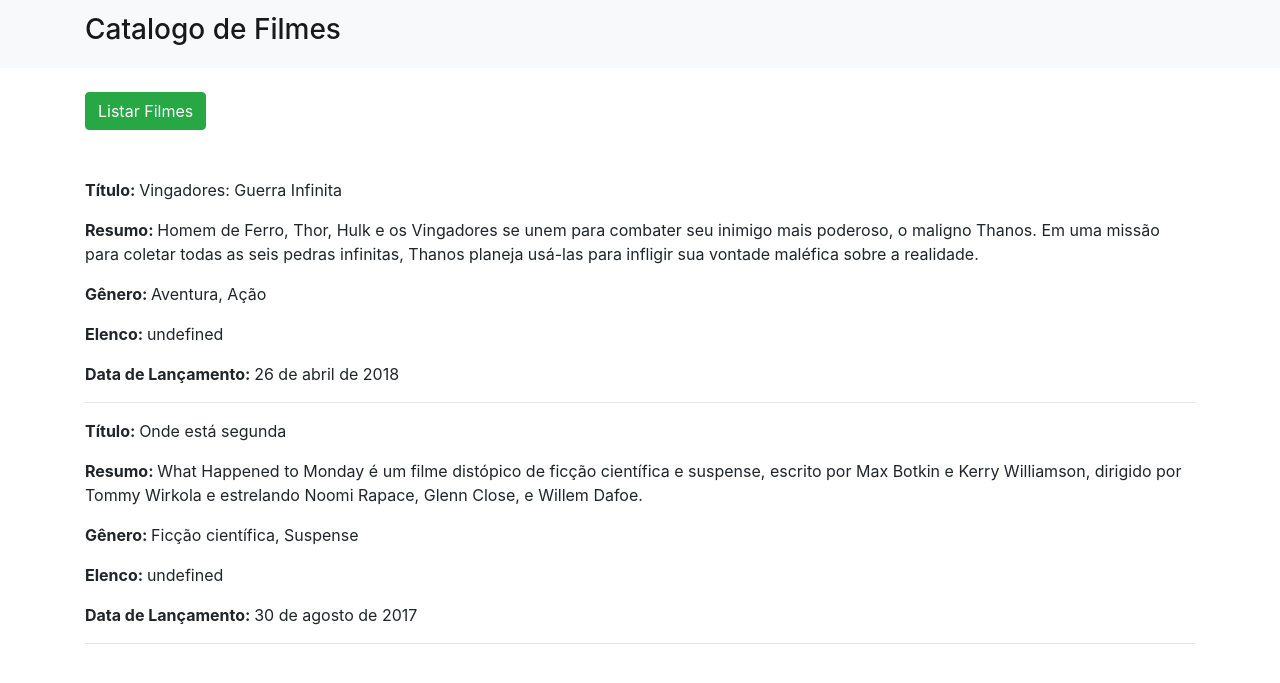
Repository: FredeRibeiro/htdocs-Desenvolvimento-Web-Completo-2019
Page: ajax/filmes.html
An editor plug-in stored every save of this project. The page is shown before and after the next save, followed by the edit.
The browser window is 1280 px wide. The pictures show the whole page.
After loading, the first visible `button.btn` was clicked once.

Above is the page before, as saved 2019-10-16 14:24:33.

After the next save:
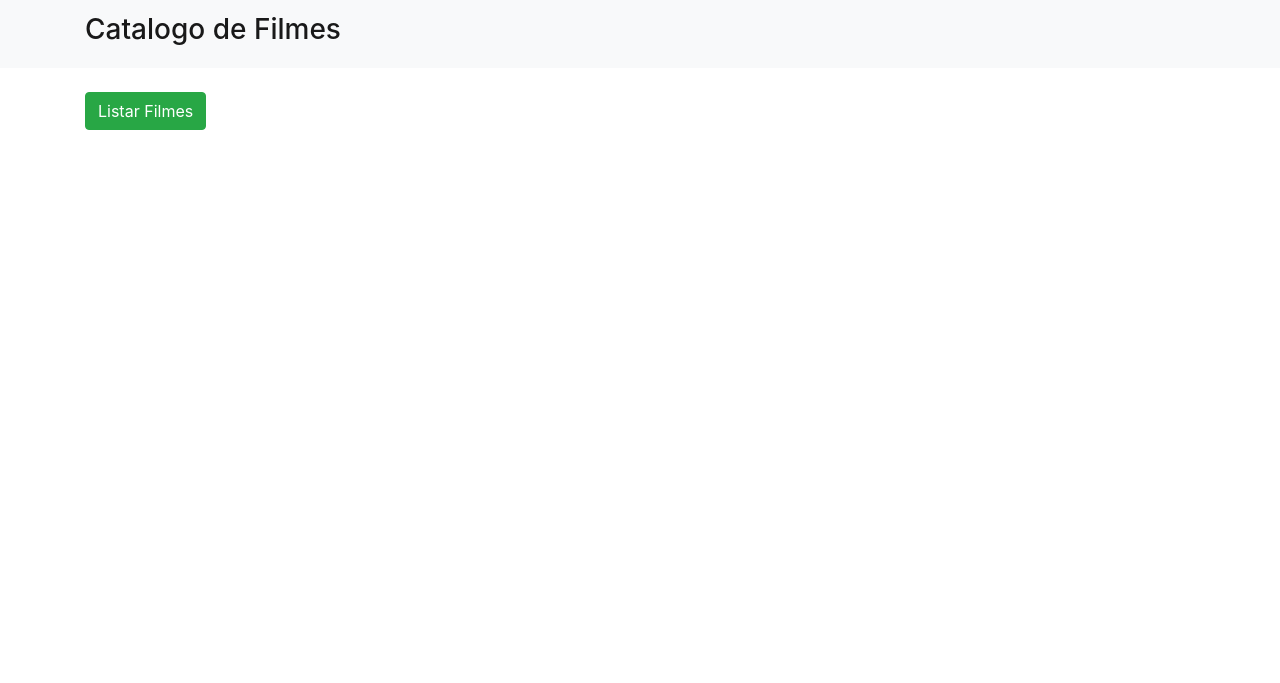
Console error: TypeError: Cannot read properties of undefined (reading '#text')
Saved 106 s later.
--- a/ajax/filmes.html
+++ b/ajax/filmes.html
@@ -55,8 +55,17 @@
 
 							let p3 = document.createElement('p')
 								p3.innerHTML = '<strong> Gênero: </strong>' + genero
+
+								let elenco = '';
+
+							for (let g in item.elenco) {
+								if (elenco) elenco += ', '
+
+								elenco += item.elenco[g]['#text'];
+							}
+
 							let p4 = document.createElement('p')
-								p4.innerHTML = '<strong> Elenco: </strong>'  + item['elenco']['ator']['#text'] ;
+								p4.innerHTML = '<strong> Elenco: </strong>'  + elenco['ator']['#text'] ;
 							let p5 = document.createElement('p')
 								p5.innerHTML = '<strong> Data de Lançamento: </strong>'  + item['dataLancamento']['#text'] ;
 

After the save that followed:
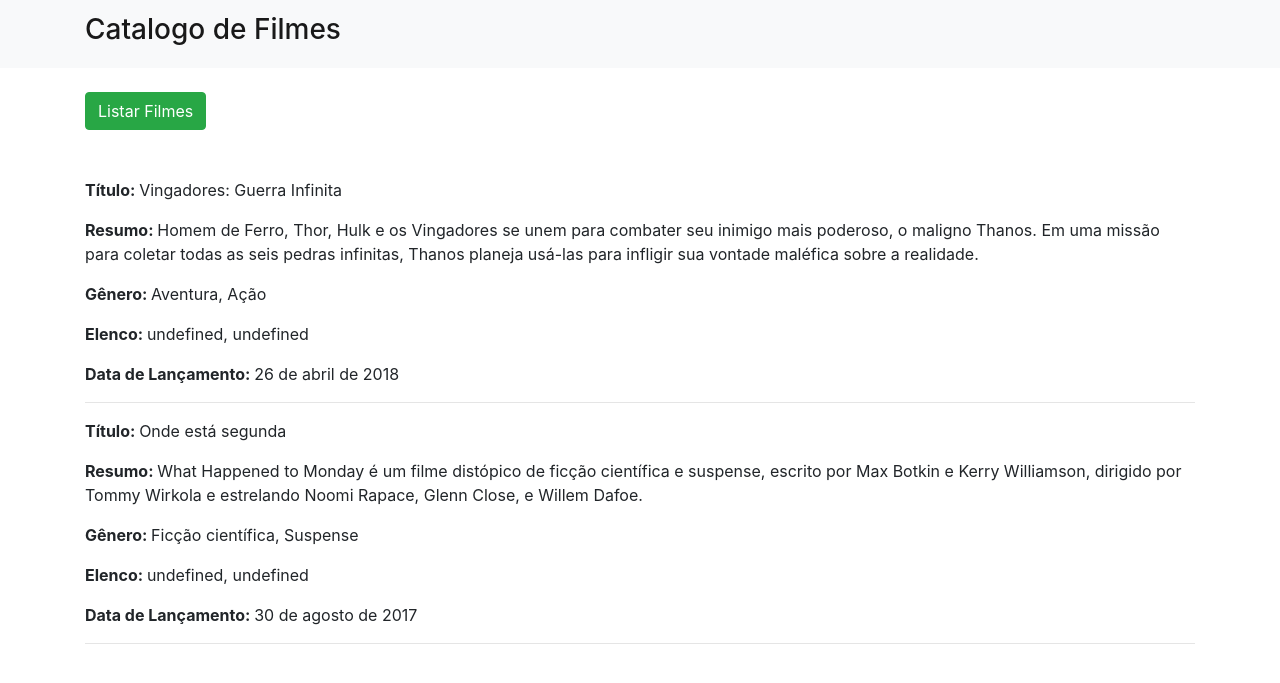
The error is gone.
Saved 13 s later.
--- a/ajax/filmes.html
+++ b/ajax/filmes.html
@@ -65,7 +65,7 @@
 							}
 
 							let p4 = document.createElement('p')
-								p4.innerHTML = '<strong> Elenco: </strong>'  + elenco['ator']['#text'] ;
+								p4.innerHTML = '<strong> Elenco: </strong>'  + elenco;
 							let p5 = document.createElement('p')
 								p5.innerHTML = '<strong> Data de Lançamento: </strong>'  + item['dataLancamento']['#text'] ;
 
